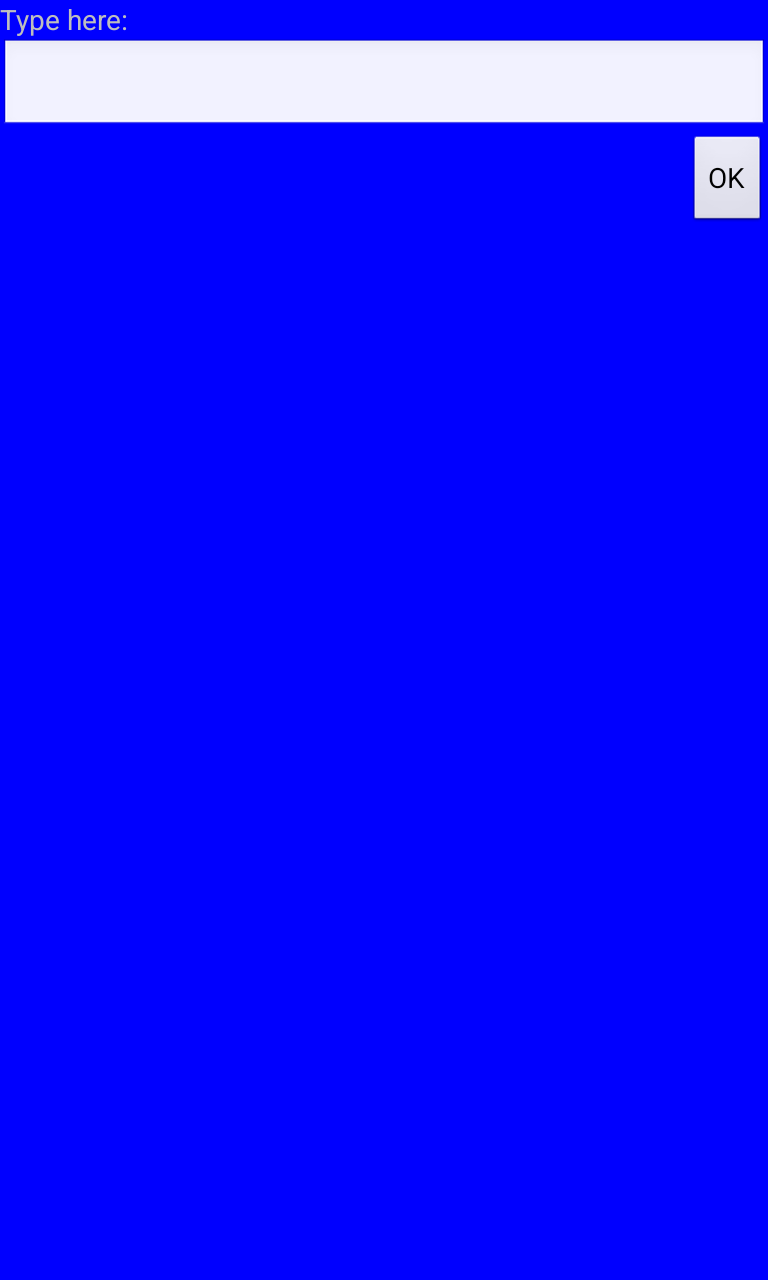
Repository: fangbao/Google_Android
Layout: Android_space/11.RelativeLayout/res/layout/main.xml
The author's editor kept a copy of each file at every save. The layout is drawn from the files as they stood at one save, then again after the next save.
It is drawn on a 768 x 1280 px phone screen (xhdpi) without system bars, with theme android:Theme; the app's code is not run.

Above is the layout before, as saved 2011-12-25 03:31:58.

### Android_space/11.RelativeLayout/res/layout/main.xml
<?xml version="1.0" encoding="utf-8"?>
<RelativeLayout xmlns:android="http://schemas.android.com/apk/res/android"
    android:layout_width="fill_parent"
    android:layout_height="wrap_content"
    android:background="#0000FF" >

    <TextView
        android:id="@+id/tv01"
        android:layout_width="wrap_content"
        android:layout_height="wrap_content"
        android:text="Type here:" />

    <EditText
        android:id="@+id/txt01"
        android:layout_width="match_parent"
        android:layout_height="wrap_content"
        android:layout_below="@id/tv01" />

    <Button
        android:id="@+id/btn01"
        android:layout_width="wrap_content"
        android:layout_height="wrap_content"
        android:layout_below="@id/txt01"
        android:layout_alignParentRight="true"
        android:text="OK"
        />

</RelativeLayout>

After the next save:
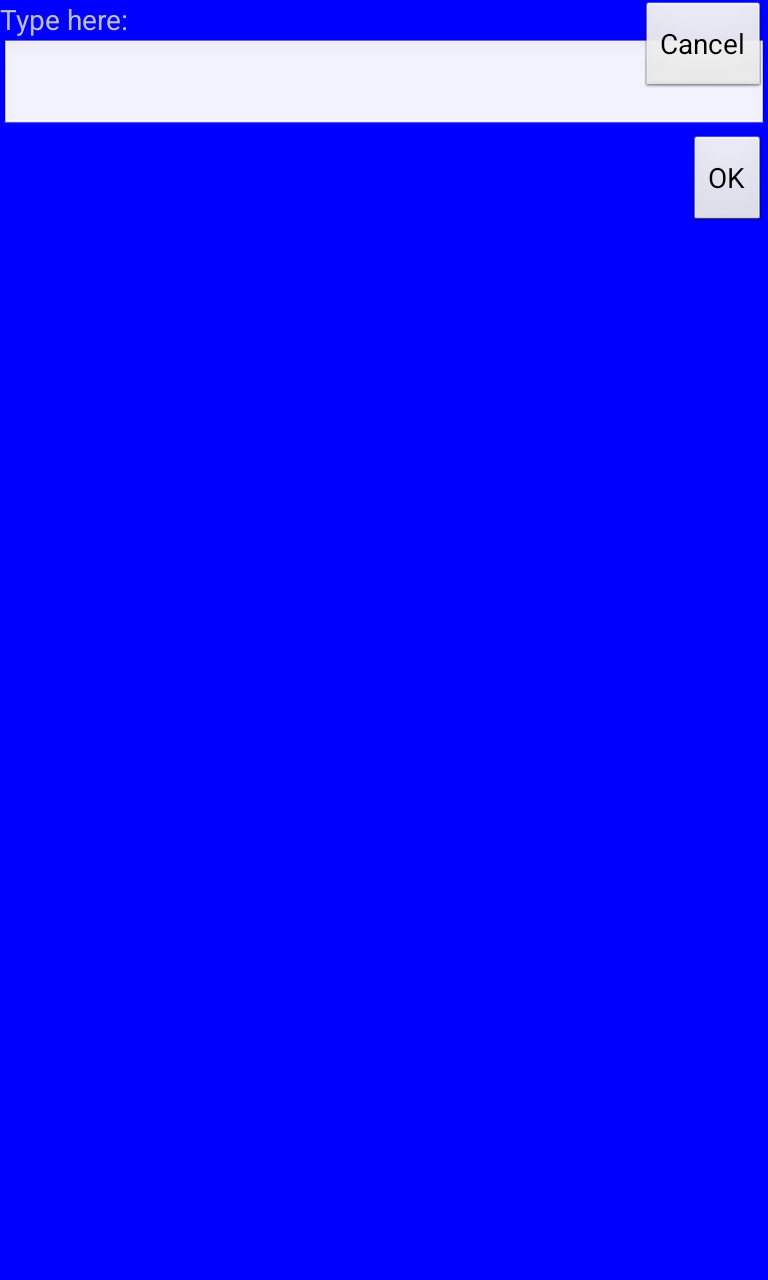
Saved 64 s later.
--- a/Android_space/11.RelativeLayout/res/layout/main.xml
+++ b/Android_space/11.RelativeLayout/res/layout/main.xml
@@ -20,9 +20,16 @@
         android:id="@+id/btn01"
         android:layout_width="wrap_content"
         android:layout_height="wrap_content"
+        android:layout_alignParentRight="true"
         android:layout_below="@id/txt01"
+        android:text="OK" />
+
+    <Button
+        android:id="@+id/btn02"
+        android:layout_width="wrap_content"
+        android:layout_height="wrap_content"
         android:layout_alignParentRight="true"
-        android:text="OK"
-        />
+        android:layout_toLeftOf="@id/btn01"
+        android:text="Cancel" />
 
 </RelativeLayout>
